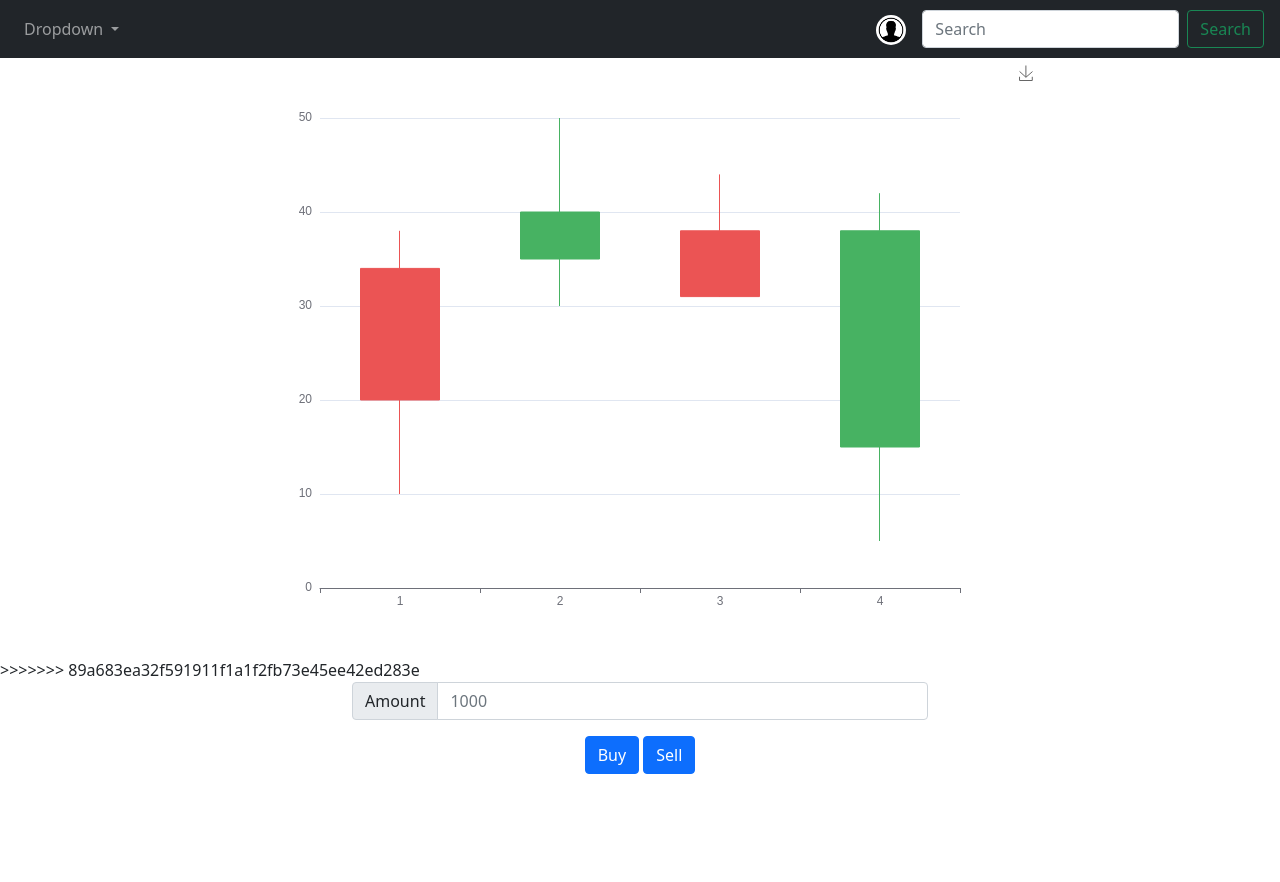
Repository: CSCI-3308-CU-Boulder/3308SP21_024_5
Page: Code/game.html
An editor plug-in stored every save of this project. The page is shown before and after the next save, followed by the edit.
The browser window is 1280 px wide. The pictures show the whole page.
Some web libraries are served in a nearby version.

Above is the page before, as saved 2021-03-31 19:47:02.

### Code/game.html
<!DOCTYPE html>
<html>
	<head>
		<meta charset="utf-8" />
		<meta name="viewport" content="width=device-width,initial-scale=1.0" />
        <script src="https://code.jquery.com/jquery-3.2.1.slim.min.js" integrity="sha384-KJ3o2DKtIkvYIK3UENzmM7KCkRr/rE9/Qpg6aAZGJwFDMVNA/GpGFF93hXpG5KkN" crossorigin="anonymous"></script>
        <script src="https://cdnjs.cloudflare.com/ajax/libs/popper.js/1.12.9/umd/popper.min.js" integrity="sha384-ApNbgh9B+Y1QKtv3Rn7W3mgPxhU9K/ScQsAP7hUibX39j7fakFPskvXusvfa0b4Q" crossorigin="anonymous"></script>
        <link rel="stylesheet" href="https://maxcdn.bootstrapcdn.com/bootstrap/4.0.0/css/bootstrap.min.css" integrity="sha384-Gn5384xqQ1aoWXA+058RXPxPg6fy4IWvTNh0E263XmFcJlSAwiGgFAW/dAiS6JXm" crossorigin="anonymous">
		<title>stonkbzz</title>
	</head>
	<body>
        <!-- NAVBAR -->
    <nav class="navbar navbar-expand-lg navbar-dark bg-dark">
        <button class="navbar-toggler" type="button" data-toggle="collapse" data-target="#navbarSupportedContent" aria-controls="navbarSupportedContent" aria-expanded="false" aria-label="Toggle navigation">
        <span class="navbar-toggler-icon"></span>
        </button>
        <div class="collapse navbar-collapse" id="navbarSupportedContent">
        <ul class="navbar-nav mr-auto">
            <li class="nav-item dropdown">
                <a class="nav-link dropdown-toggle" href="#" id="navbarDropdown" role="button" data-bs-toggle="dropdown" aria-expanded="false">
                  Dropdown
                </a>
                <ul class="dropdown-menu" aria-labelledby="navbarDropdown">
                  <li><a class="dropdown-item" href="#">Watchlist</a></li>
                  <li><a class="dropdown-item" href="#">Portfolio</a></li>

                  <li><a class="dropdown-item" href="game.html">Games</a></li>
                  <li><a class="dropdown-item" href="landing_page.html">Login</a></li>
                </ul>
              </li>
        </ul>
        <form class="form-inline my-2 my-lg-0">
            <a class="navbar-brand" href="home.html">
            <img class="rounded-circle" src="avatar.png" alt="" width="30" height="30">
            </a>
            <input class="form-control mr-sm-2" type="search" placeholder="Search" aria-label="Search">
            <button class="btn btn-outline-success my-2 my-sm-0" type="submit">Search</button>
        </form>
        </div>
    </nav>
  <!-- NAVBAR -->
            <link href="https://cdn.jsdelivr.net/npm/bootstrap@5.0.0-beta2/dist/css/bootstrap.min.css" rel="stylesheet" integrity="sha384-BmbxuPwQa2lc/FVzBcNJ7UAyJxM6wuqIj61tLrc4wSX0szH/Ev+nYRRuWlolflfl" crossorigin="anonymous">
            <script src="https://cdnjs.cloudflare.com/ajax/libs/echarts/5.0.2/echarts.min.js" integrity="sha512-t9GZbGKCH5MuYUFsq5AdrhllT0kdnc2fNMizKDgLXBBXgHP2dXxjRPOzYJauAXW9OXLlSYELUqWD30k7cb0Mkg==" crossorigin="anonymous"></script>
            <script src="https://cdn.jsdelivr.net/npm/bootstrap@5.0.0-beta2/dist/js/bootstrap.bundle.min.js" integrity="sha384-b5kHyXgcpbZJO/tY9Ul7kGkf1S0CWuKcCD38l8YkeH8z8QjE0GmW1gYU5S9FOnJ0" crossorigin="anonymous"></script>

                <div id="main" style="width: 800px;height: 600px; margin:0 auto;" ></div>
>>>>>>> 89a683ea32f591911f1a1f2fb73e45ee42ed283e
        <style>
            canvas{
                border: 1px;
            }
        </style>

		<script type="text/javascript"></script>
        <script>

            var toastElList = [].slice.call(document.querySelectorAll('.toast'))
            var toastList = toastElList.map(function (toastEl) {
            return new bootstrap.Toast(toastEl, option)
            })


            var date = [1,2,3,4]
                            //open, close, highest, lowest
            var stock_data = [[20, 34, 10,38],
                            [40, 35, 30, 50],
                            [31, 38, 33, 44],
                            [38, 15, 5, 42]]
			const myChart = echarts.init(document.getElementById('main'));
            myChart.resize({
                width: 800,
                height: 600
            })
			 option = {
				toolbox: { feature: { saveAsImage: {} } },
				xAxis: { type: 'category', data: date },
				yAxis: { type: 'value' },
				series: [
					{
						data: stock_data,
						type: 'k',
					},
				],
			};
			myChart.setOption(option);
            var to_cancel //stop loop running forever
            var sell_price;
            var buy_price;
            //generate random data and plot
            function painting(){
                var temp = []
                for(i = 0; i < 4; i++){
                    temp.push(Math.random()*100)
                }
                sell_price = temp[2]//always sell at highest price
                buy_price = temp[0]
                stock_data.push(temp)
                date.push(date[date.length-1] +1)
                //setTimeout(myChart.setOption(option), 2000)
                option = {
                    toolbox: { feature: { saveAsImage: {} } },
                    xAxis: { type: 'category', data: date },
                    yAxis: { type: 'value' },
                    series: [
                        {
                        data: stock_data,
                        type: 'k',
                    },
                    ],
                };
                myChart.setOption(option);
            }
            //start buying stock, plot starts generated
            function startLoop(){
                to_cancel = setInterval(painting,500)

            }
            //sell the stock, painting stops
            function endLoop(){
                clearInterval(to_cancel)
                calProfit()
            }
            //calculate the profit
            function calProfit(){
                profit = 0
                temp = document.getElementById("user-amount").value
                if(!temp){
                    amount = 1000
                }else{
                    amount = temp
                }
                var profit = amount * (sell_price - buy_price)
                document.getElementById("output_profit").innerHTML = profit.toFixed(2) + "$"
            }
		</script>
        <div class=container style="width: 600px;height: 200px">
            <div class"w-50">
                <div class="input-group mb-3" >
                    <span class="input-group-text" id="input-amount">Amount</span>
                    <input type="text" class="form-control" id="user-amount" placeholder=1000>
                  </div>
            </div>

            <div class="row">
                <div class="text-center">
                    <button type="button" class="btn btn-primary" onclick="startLoop()">Buy</button>
                    <button type="button" class="btn btn-primary"  data-bs-toggle="modal" data-bs-target="#exampleModal" onclick="endLoop()">Sell</button>
                </div>

            </div>

        </div>
        <div class="modal fade" id="exampleModal" tabindex="-1" aria-labelledby="exampleModalLabel" aria-hidden="true">
            <div class="modal-dialog" style="width: 1000px">
              <div class="modal-content">
                <div class="modal-header">

                  <h5 class="modal-title" id="exampleModalLabel">Notification</h5>
                  <button type="button" class="btn-close" data-bs-dismiss="modal" aria-label="Close"></button>
                </div>
                <div class="modal-body" id="output_profit">
                  you profite is
                </div>
                <div class="modal-footer">
                    <button type="button" class="btn btn-secondary" data-bs-dismiss="modal">Close</button>
                  </div>
              </div>
            </div>
        </div>

	</body>
</html>

After the next save:
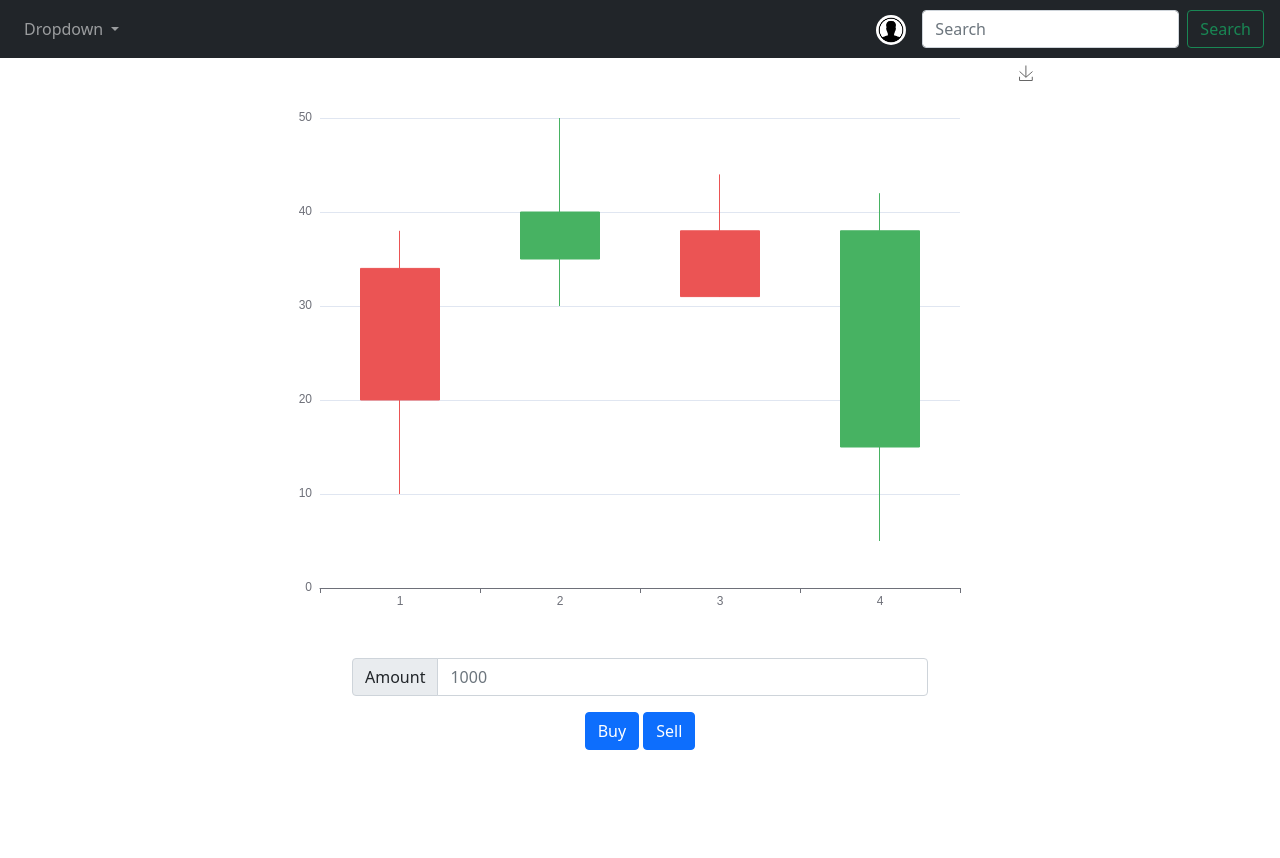
Saved 20 s later.
--- a/Code/game.html
+++ b/Code/game.html
@@ -44,7 +44,7 @@
             <script src="https://cdn.jsdelivr.net/npm/bootstrap@5.0.0-beta2/dist/js/bootstrap.bundle.min.js" integrity="sha384-b5kHyXgcpbZJO/tY9Ul7kGkf1S0CWuKcCD38l8YkeH8z8QjE0GmW1gYU5S9FOnJ0" crossorigin="anonymous"></script>
 
                 <div id="main" style="width: 800px;height: 600px; margin:0 auto;" ></div>
->>>>>>> 89a683ea32f591911f1a1f2fb73e45ee42ed283e
+
         <style>
             canvas{
                 border: 1px;
